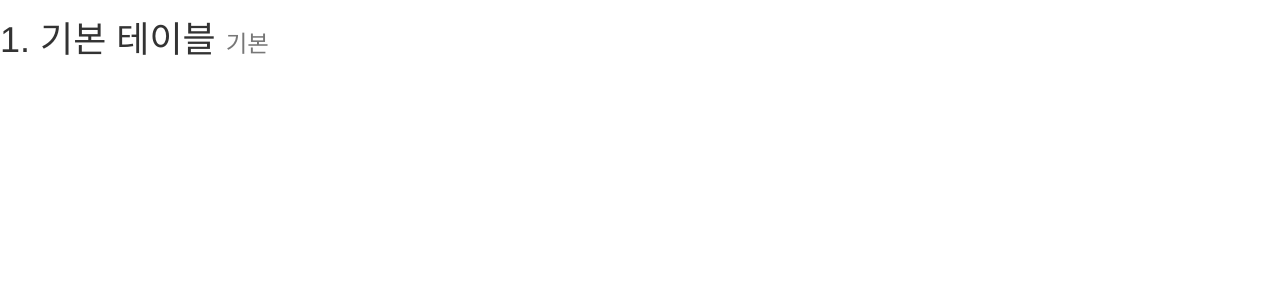
Repository: Umkimisstrong/UM_Webbb
Page: BootstrapApp/WebContent/BootEx02.html
These files come from the project's save history. The page is drawn as it stood at one moment and after the next save; the edit follows.
The browser window is 1280 px wide. The pictures show the whole page.

Above is the page before, as saved 2022-05-16 02:13:58.

### BootstrapApp/WebContent/BootEx02.html
<!DOCTYPE html>
<html>
<head>
<meta charset="UTF-8">
<title>BootEx02.html</title>

<link rel="stylesheet" type="text/css" href="css/bootstrap.css">
<script type="text/javascript" src="http://code.jquery.com/jquery.min.js"></script>
<script type="text/javascript" src="js/bootstrap.min.js"></script>

<style type="text/css">
	/* 테이블 기본 서식 */
	#table
	{
		width: 500px;
		border: 1px solid black;
		border-collapse: collapse;
	}
	#table td
	{
		border: 1px solid black;
	}




</style>
</head>

<body>



<h1>1. 기본 테이블 <small>기본</small></h1>




</body>
</html>

Loaded but not shown: BootstrapApp/WebContent/css/bootstrap.css (library); BootstrapApp/WebContent/js/bootstrap.min.js (library)

After the next save:
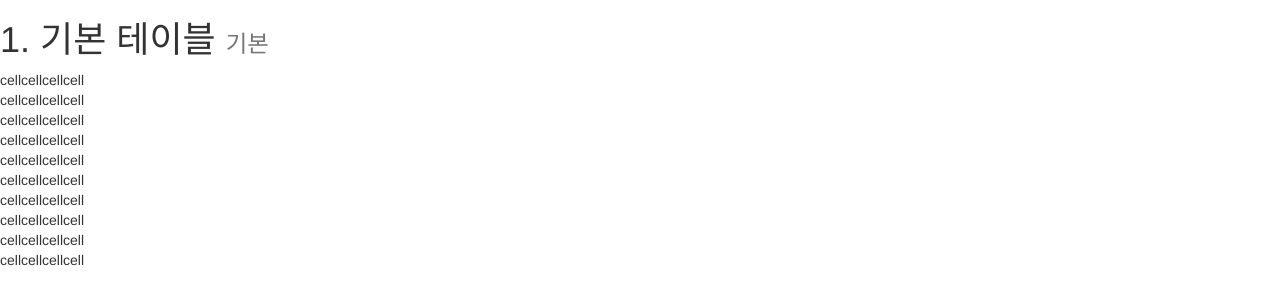
Saved 18 s later.
--- a/BootstrapApp/WebContent/BootEx02.html
+++ b/BootstrapApp/WebContent/BootEx02.html
@@ -32,6 +32,68 @@
 
 
 <h1>1. 기본 테이블 <small>기본</small></h1>
+<table>
+	<tr>
+		<td>cell</td>
+		<td>cell</td>
+		<td>cell</td>
+		<td>cell</td>
+	</tr>
+	<tr>
+		<td>cell</td>
+		<td>cell</td>
+		<td>cell</td>
+		<td>cell</td>
+	</tr>
+	<tr>
+		<td>cell</td>
+		<td>cell</td>
+		<td>cell</td>
+		<td>cell</td>
+	</tr>
+	<tr>
+		<td>cell</td>
+		<td>cell</td>
+		<td>cell</td>
+		<td>cell</td>
+	</tr>
+	<tr>
+		<td>cell</td>
+		<td>cell</td>
+		<td>cell</td>
+		<td>cell</td>
+	</tr>
+	<tr>
+		<td>cell</td>
+		<td>cell</td>
+		<td>cell</td>
+		<td>cell</td>
+	</tr>
+	<tr>
+		<td>cell</td>
+		<td>cell</td>
+		<td>cell</td>
+		<td>cell</td>
+	</tr>
+	<tr>
+		<td>cell</td>
+		<td>cell</td>
+		<td>cell</td>
+		<td>cell</td>
+	</tr>
+	<tr>
+		<td>cell</td>
+		<td>cell</td>
+		<td>cell</td>
+		<td>cell</td>
+	</tr>
+	<tr>
+		<td>cell</td>
+		<td>cell</td>
+		<td>cell</td>
+		<td>cell</td>
+	</tr>
+</table>
 
 
 
